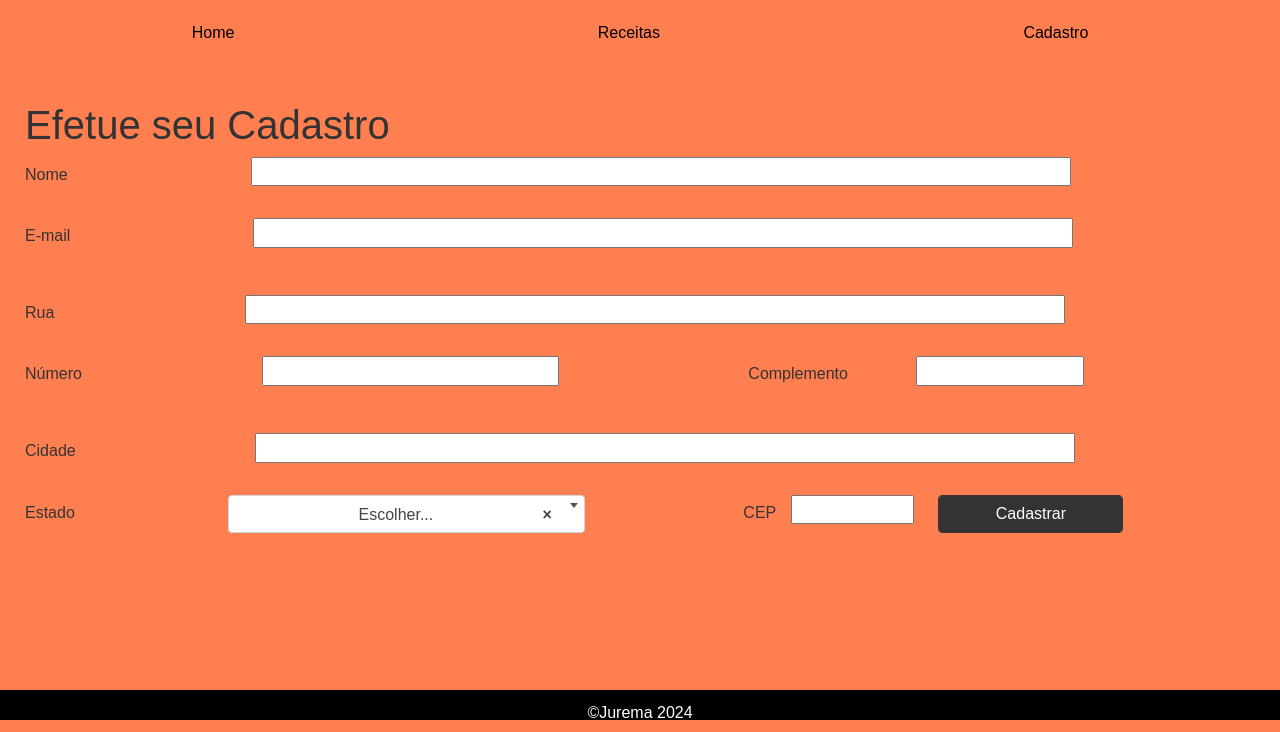
Repository: devropaes/RECEITAS
Page: OneDrive/Área de Trabalho/Estudos/Estácio/receitas/cadastro.html
These files come from the project's save history. The page is drawn as it stood at one moment and after the next save; the edit follows.
The browser window is 1280 px wide. The pictures show the whole page.

Above is the page before, as saved 2024-03-15 17:53:39.

After the next save:
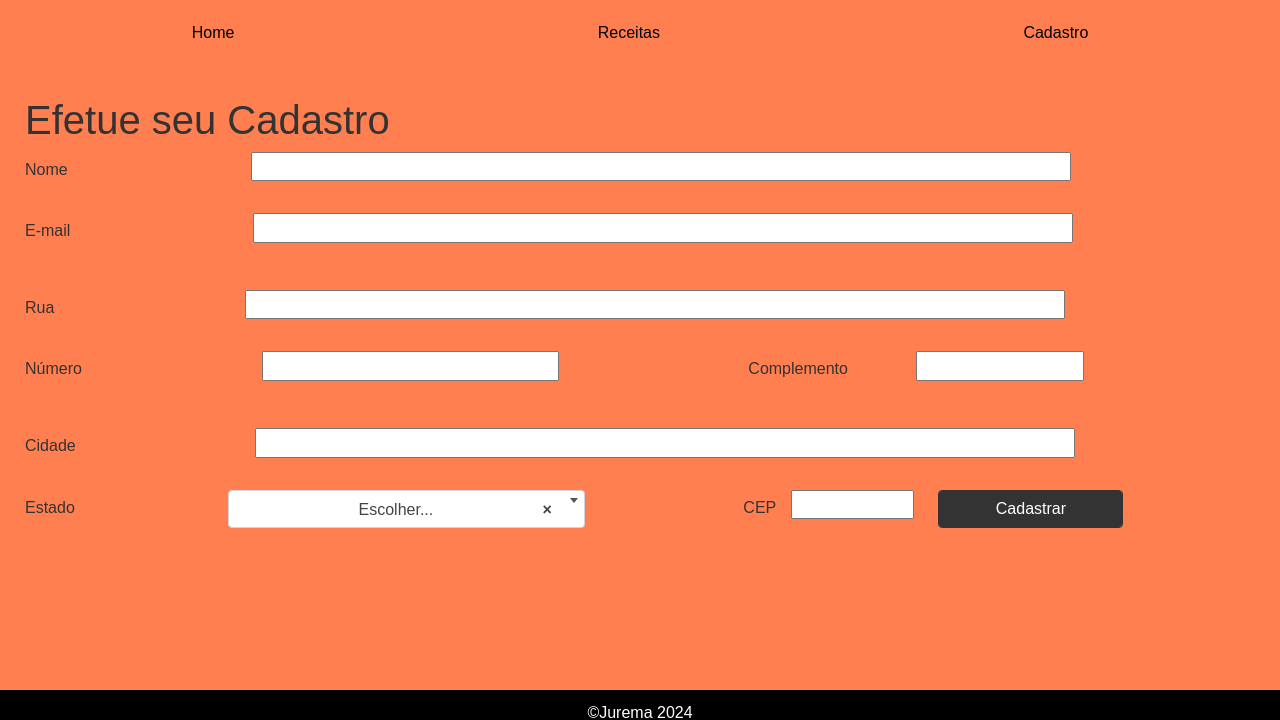
Saved 7 s later.
--- a/OneDrive/Área de Trabalho/Estudos/Estácio/receitas/cadastro.css
+++ b/OneDrive/Área de Trabalho/Estudos/Estácio/receitas/cadastro.css
@@ -43,9 +43,7 @@ main {
   margin-left: auto;
 }
 
-main {
-  height: calc(100vh - 100px);
-  padding: 5px;
+
 }
 form {
   display: flex;
